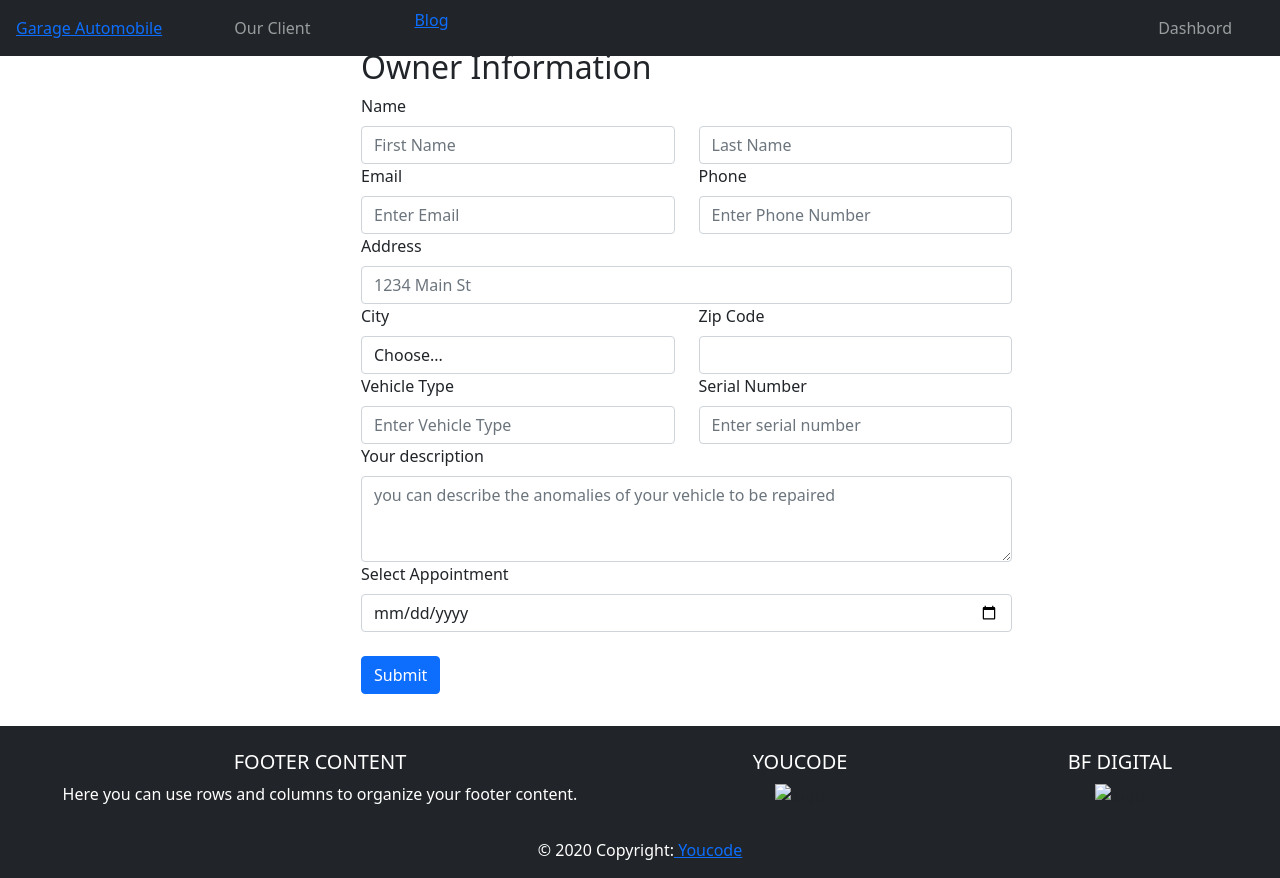
Repository: abdelhak-f/Fil-Rouge
Page: /FormGarage (app in client/)
These files come from the project's save history. The page is drawn as it stood at one moment and after the next save; the edit follows.
The browser window is 1280 px wide. The pictures show the whole page.
The project was rebuilt for these pictures with package versions that can differ from the ones it lists, and the page was loaded fresh each time. Also part of the build but not shown: client/src/components/Text.jsx, client/src/components/forms/FirstFrontForm.jsx, client/src/components/Body.jsx, client/src/components/css/style.css, client/src/components/Blog.jsx.

Above is the page before, as saved 2021-09-08 16:20:51.

### client/public/index.html
<!DOCTYPE html>
<html lang="en">
  <head>
    <meta charset="utf-8" />
    <link rel="icon" href="%PUBLIC_URL%/favicon.ico" />
    <meta name="viewport" content="width=device-width, initial-scale=1" />
    <meta name="theme-color" content="#000000" />
    <meta
      name="description"
      content="Web site created using create-react-app"
    />
    <!--   import bootstrao  -->
    <link
  rel="stylesheet"
  href="https://cdn.jsdelivr.net/npm/bootstrap@5.1.0/dist/css/bootstrap.min.css"
  integrity="sha384-KyZXEAg3QhqLMpG8r+8fhAXLRk2vvoC2f3B09zVXn8CA5QIVfZOJ3BCsw2P0p/We"
  crossorigin="anonymous"
  />

    <link rel="apple-touch-icon" href="%PUBLIC_URL%/logo192.png" />
    <!--
      manifest.json provides metadata used when your web app is installed on a
      user's mobile device or desktop. See https://developers.google.com/web/fundamentals/web-app-manifest/
    -->
    <link rel="manifest" href="%PUBLIC_URL%/manifest.json" />
    <!--
      Notice the use of %PUBLIC_URL% in the tags above.
      It will be replaced with the URL of the `public` folder during the build.
      Only files inside the `public` folder can be referenced from the HTML.

      Unlike "/favicon.ico" or "favicon.ico", "%PUBLIC_URL%/favicon.ico" will
      work correctly both with client-side routing and a non-root public URL.
      Learn how to configure a non-root public URL by running `npm run build`.
    -->
    <title>React App</title>
  </head>
  <body>
    <noscript>You need to enable JavaScript to run this app.</noscript>
    <div id="root"></div>
    <!--
      This HTML file is a template.
      If you open it directly in the browser, you will see an empty page.

      You can add webfonts, meta tags, or analytics to this file.
      The build step will place the bundled scripts into the <body> tag.

      To begin the development, run `npm start` or `yarn start`.
      To create a production bundle, use `npm run build` or `yarn build`.
    -->
  </body>
</html>

### client/src/index.js
import React from 'react';
import ReactDOM from 'react-dom';
import './index.css';
import App from './App';
import reportWebVitals from './reportWebVitals';

// import bootstrap
import 'bootstrap/dist/css/bootstrap.min.css';

ReactDOM.render(
  <React.StrictMode>
    <App />
  </React.StrictMode>,
  document.getElementById('root')
);

// If you want to start measuring performance in your app, pass a function
// to log results (for example: reportWebVitals(console.log))
// or send to an analytics endpoint. Learn more: https://bit.ly/CRA-vitals
reportWebVitals();

### client/src/App.js
// import './App.css';
import React from 'react';

import Navbar from './components/Nnavbar';
import Body from './components/Body';
import Footer from './components/Footer';
import Blog from './components/Blog';
import FormGarage from './components/forms/FormGarage'

import { BrowserRouter as Router, Switch, Route } from 'react-router-dom';






function App() {
  return (


    <>
<Router>

     <Navbar />




    <Switch>
    <Route  path="/" exact component={Body} />
    <Route  path="/Blog" component={Blog} />
    <Route  path="/FormGarage" component={FormGarage} />
    </Switch>

    <Footer/>
</Router>
    </>

  );
}

export default App;

### client/src/components/Nnavbar.jsx
import React from 'react';
import { NavLink } from 'react-router-dom';

import * as ReactBootstrap from 'react-bootstrap';









function Navbar() {
    return(
      <>

            <ReactBootstrap.Navbar className="mb-5" collapseOnSelect expand="lg" bg="dark" variant="dark" fixed="top">

 <NavLink className="mx-3" to="/">Garage Automobile</NavLink>
 <ReactBootstrap.Navbar.Toggle aria-controls="responsive-navbar-nav" />
 <ReactBootstrap.Navbar.Collapse id="responsive-navbar-nav">
   <ReactBootstrap.Nav className="me-auto">
     <ReactBootstrap.Nav.Link className="mx-5" href="#features">Our Client</ReactBootstrap.Nav.Link>
     <NavLink  className="px-5" to="/blog">Blog</NavLink>
     {/* <ReactBootstrap.NavDropdown title="Dropdown" id="collasible-nav-dropdown">
       <ReactBootstrap.NavDropdown.Item href="#action/3.1">Action</ReactBootstrap.NavDropdown.Item>
       <ReactBootstrap.NavDropdown.Item href="#action/3.2">Another action</ReactBootstrap.NavDropdown.Item>
       <ReactBootstrap.NavDropdown.Item href="#action/3.3">Something</ReactBootstrap.NavDropdown.Item>
       <ReactBootstrap.NavDropdown.Divider />
       <ReactBootstrap.NavDropdown.Item href="#action/3.4">Separated link</ReactBootstrap.NavDropdown.Item>
     </ReactBootstrap.NavDropdown> */}
   </ReactBootstrap.Nav>
   <ReactBootstrap.Nav>
     <ReactBootstrap.Nav.Link href="#deets" className="px-5" > Dashbord</ReactBootstrap.Nav.Link>
     {/* <ReactBootstrap.Nav.Link eventKey={2} href="#memes">
       Admin
     </ReactBootstrap.Nav.Link> */}
   </ReactBootstrap.Nav>
 </ReactBootstrap.Navbar.Collapse>

</ReactBootstrap.Navbar>





</>

    )
}

export default Navbar ;

### client/src/components/Footer.jsx
import React from "react";


function Footer () {
    return(
<footer  className="pt-4 page-footer font-small blue bg-dark ">
    <div className="text-center container-fluid text-md-left ">
        <div className="row">
            <div className="mt-3 text-white col-md-6 mt-md-0">
                <h5 className=" text-uppercase">Footer Content</h5>
                <p >Here you can use rows and columns to organize your footer content.</p>
            </div>

            <hr className="clearfix pb-0 w-100 d-md-none"/>

            <div className="mb-3 col-md-3 mb-md-0">
                <h5 className="text-white text-uppercase">Youcode</h5>
                <img src="" alt="logo" width={300} /></div>

            <div className="mb-3 col-md-3 mb-md-0">
                <h5 className="text-white text-uppercase " >BF Digital</h5>
                <img src="" alt="logo" width={300} />
            </div>
        </div>
    </div>

    <div className="py-3 text-center text-white footer-copyright " >© 2020 Copyright:
        <a href="https://www.youcode.ma/"> Youcode</a>
    </div>

</footer>
)

}

export default Footer

### client/src/components/forms/FormGarage.jsx
import React from 'react'
import {Form, Container,Jumbotron, Button, Row, Col} from 'react-bootstrap';

function FormGarage() {
    return (

        <Container className="mt-5 mb-3">

            <Col md={{ span: 7, offset: 3 }}>
              <Jumbotron>
                <Form>
                  <Form.Group>
                    <h2>Owner Information</h2>
                    <Form.Label>Name</Form.Label>
                    <Row>
                      <Col>
                        <Form.Control placeholder="First Name"></Form.Control>
                      </Col>
                      <Col>
                        <Form.Control placeholder="Last Name"></Form.Control>
                      </Col>
                    </Row>
                  </Form.Group>
                  <Row>
                    <Form.Group as={Col} controlId="formGridEmail">
                      <Form.Label>Email</Form.Label>
                      <Form.Control type="email" placeholder="Enter Email" />
                    </Form.Group>
                    <Form.Group as={Col} controlId="formGridTel">
                      <Form.Label>Phone</Form.Label>
                      <Form.Control
                        type="telephone"
                        placeholder="Enter Phone Number"
                      />
                    </Form.Group>
                  </Row>
                  <Form.Group controlId="formGridAddress1">
                    <Form.Label>Address</Form.Label>
                    <Form.Control placeholder="1234 Main St" />
                  </Form.Group>

                  <Row>

                    <Form.Group as={Col} controlId="formGridState">
                      <Form.Label>City</Form.Label>
                      <Form.Control as="select">
                        <option>Choose...</option>
                        <option>Youssoufia</option>
                        <option>Safi</option>
                        <option>Marrakech</option>
                        <option>Agadir</option>
                        <option>Casablanca</option>
                        <option>Rabat</option>
                      </Form.Control>
                    </Form.Group>
                    <Form.Group as={Col} controlId="formGridCityZip">
                      <Form.Label>Zip Code</Form.Label>
                      <Form.Control />
                    </Form.Group>
                  </Row>
                  <Row>
                    <Form.Group as={Col} controlId="formGridEmail">
                      <Form.Label>Vehicle Type</Form.Label>
                      <Form.Control type="text" placeholder="Enter Vehicle Type" />
                    </Form.Group>
                    <Form.Group as={Col} controlId="formGridTel">
                      <Form.Label>Serial Number</Form.Label>
                      <Form.Control
                        type="number"
                        placeholder="Enter serial number"
                      />
                    </Form.Group>
                  </Row>
                  <Row>
                    <Form.Group className="" controlId="exampleForm.ControlTextarea1">
                      <Form.Label>Your description</Form.Label>
                      <Form.Control as="textarea" rows={3}
                        placeholder="you can describe the anomalies of your vehicle to be repaired"
                      />
                    </Form.Group>
                    <Form.Group as={Col} >
                    <Form.Label>Select Appointment</Form.Label>
                    <Form.Control
                      type="date"
                      // value={date}
                      // onChange={this.setDate}
                    />
                  </Form.Group>
                  {/* <Form.Group as={Col} >
                      <Form.Label>Choose a garagiste</Form.Label>
                      <Form.Control type="text" as="select" >
                       <option>Choose...</option>
                       </Form.Control>

                    </Form.Group> */}
                  </Row>
                  <br />


                  <Button className="mb-3"
                   variant="primary" type="submit">
                     Submit
                 </Button>

                </Form>
              </Jumbotron>
            </Col>


        </Container>

    )
}

export default FormGarage

Loaded but not shown: client/src/index.css (common file); client/src/reportWebVitals.js (common file)

After the next save:
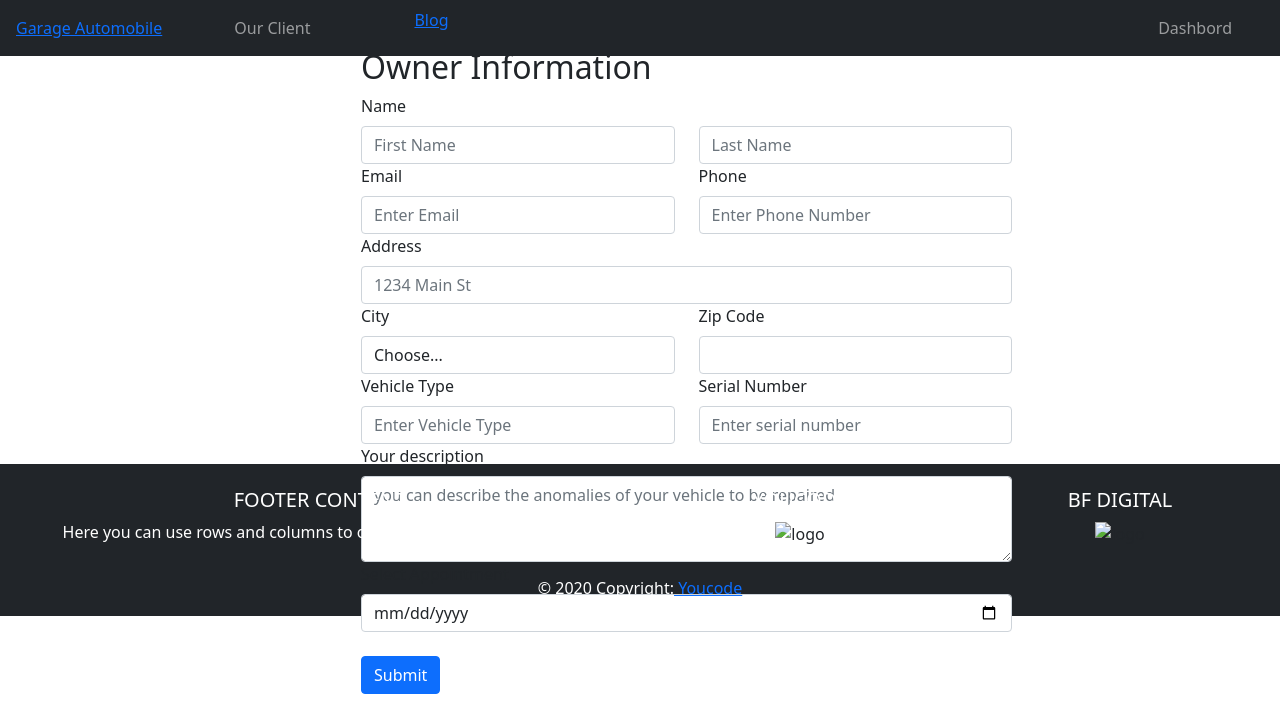
Saved 9 min 0 s later.
--- a/client/src/components/forms/FormGarage.jsx
+++ b/client/src/components/forms/FormGarage.jsx
@@ -4,7 +4,8 @@
 function FormGarage() {
     return (
 
-        <Container className="mt-5 mb-3">
+        <Container className="mt-5 mb-3"
+        style={{ height: '400px', weiht: '500px' }}>
 
             <Col md={{ span: 7, offset: 3 }}>
               <Jumbotron>

After the 3 saves that followed:
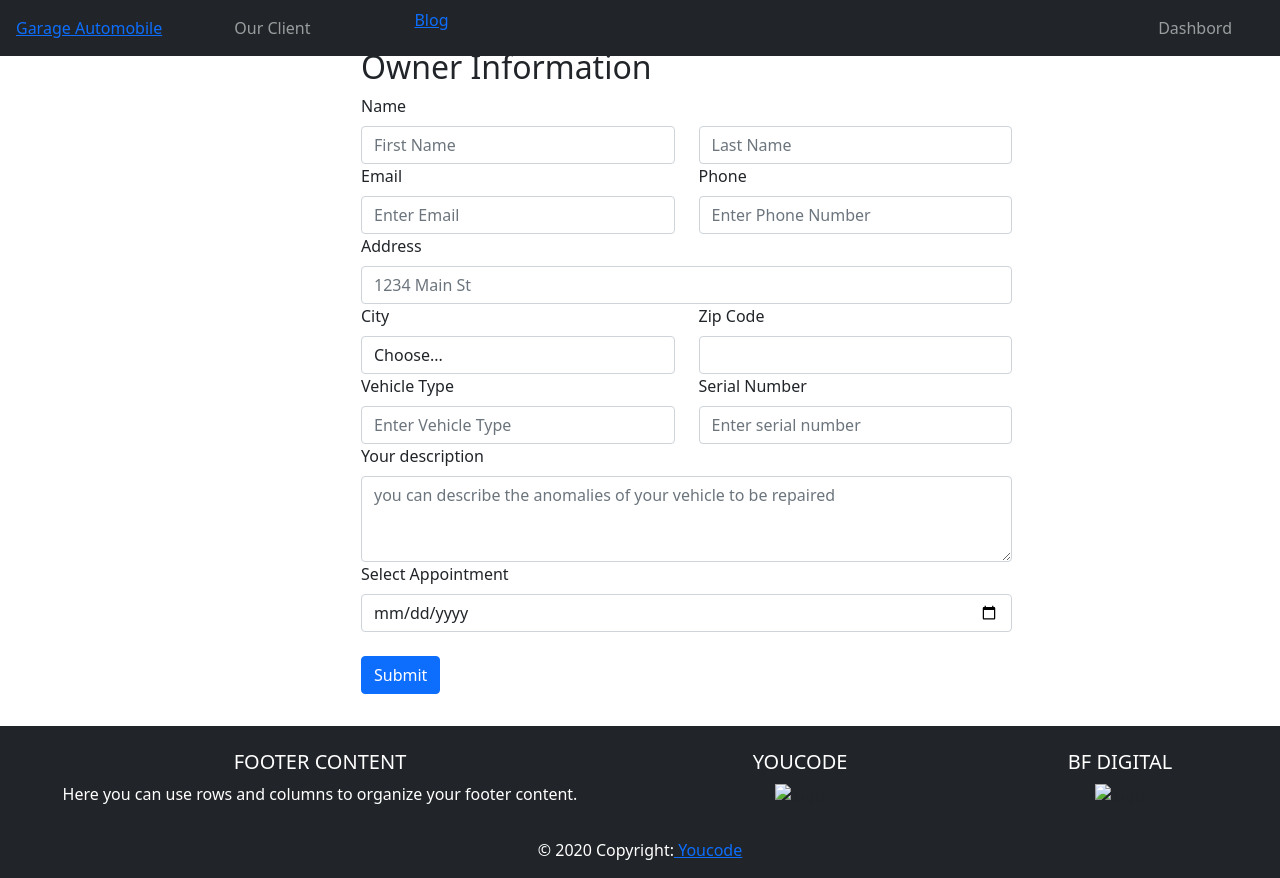
The 3 saves are shown as one change because 2 left the picture as it was.
The last was saved 88 s later.
--- a/client/src/components/forms/FormGarage.jsx
+++ b/client/src/components/forms/FormGarage.jsx
@@ -4,8 +4,7 @@
 function FormGarage() {
     return (
 
-        <Container className="mt-5 mb-3"
-        style={{ height: '400px', weiht: '500px' }}>
+        <Container className="mt-5 mb-3">
 
             <Col md={{ span: 7, offset: 3 }}>
               <Jumbotron>
